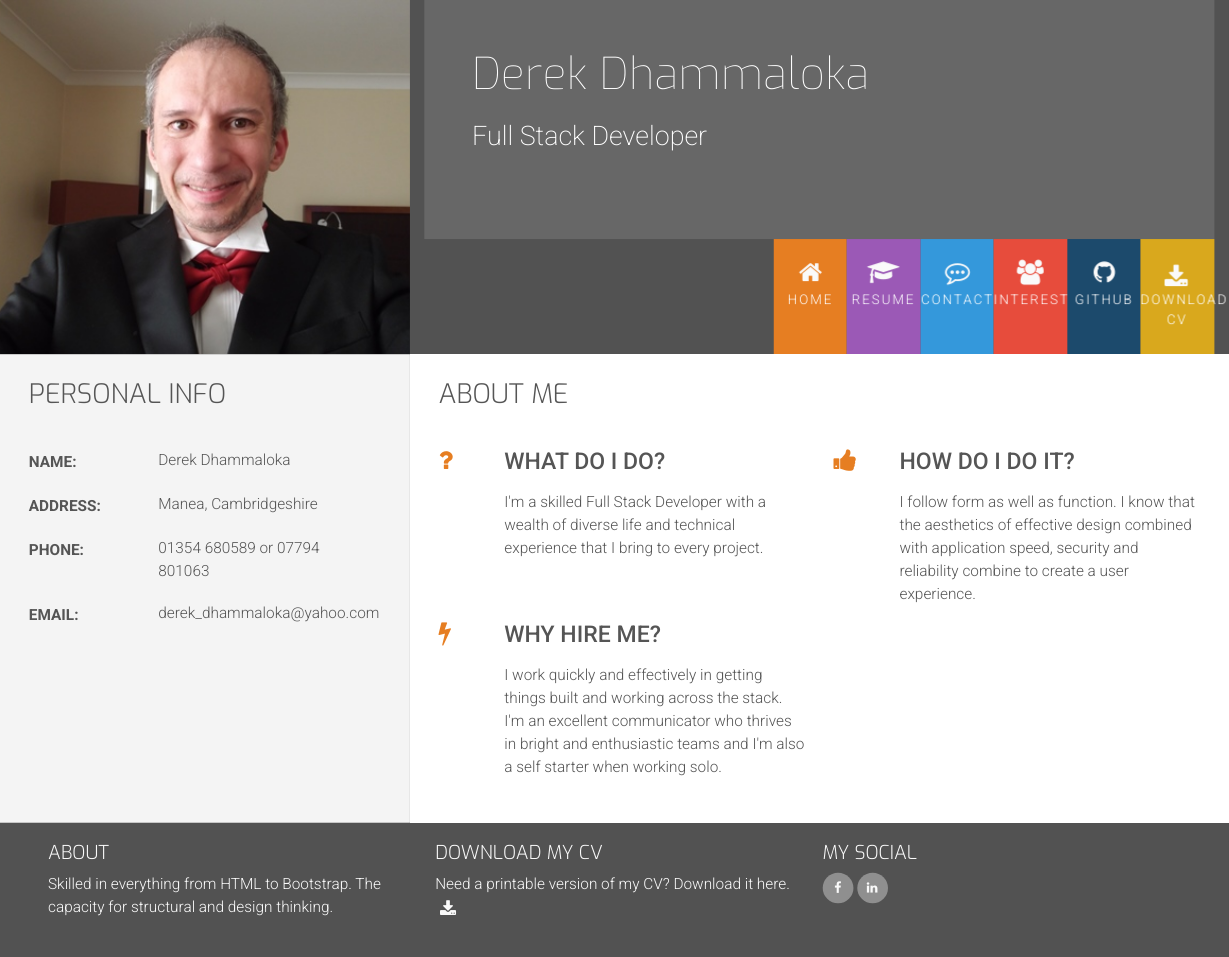
Repository: derektypist/derek-dhammaloka-cv
Page: index.html
The author's editor kept a record of every edit. The page is drawn from the files as they stood at one moment, then again after the next edit.
The browser window is 1280 px wide. The pictures show the whole page, at 96% of full size.
Some web libraries are served in a nearby version.

Above is the page before.

After the next edit:
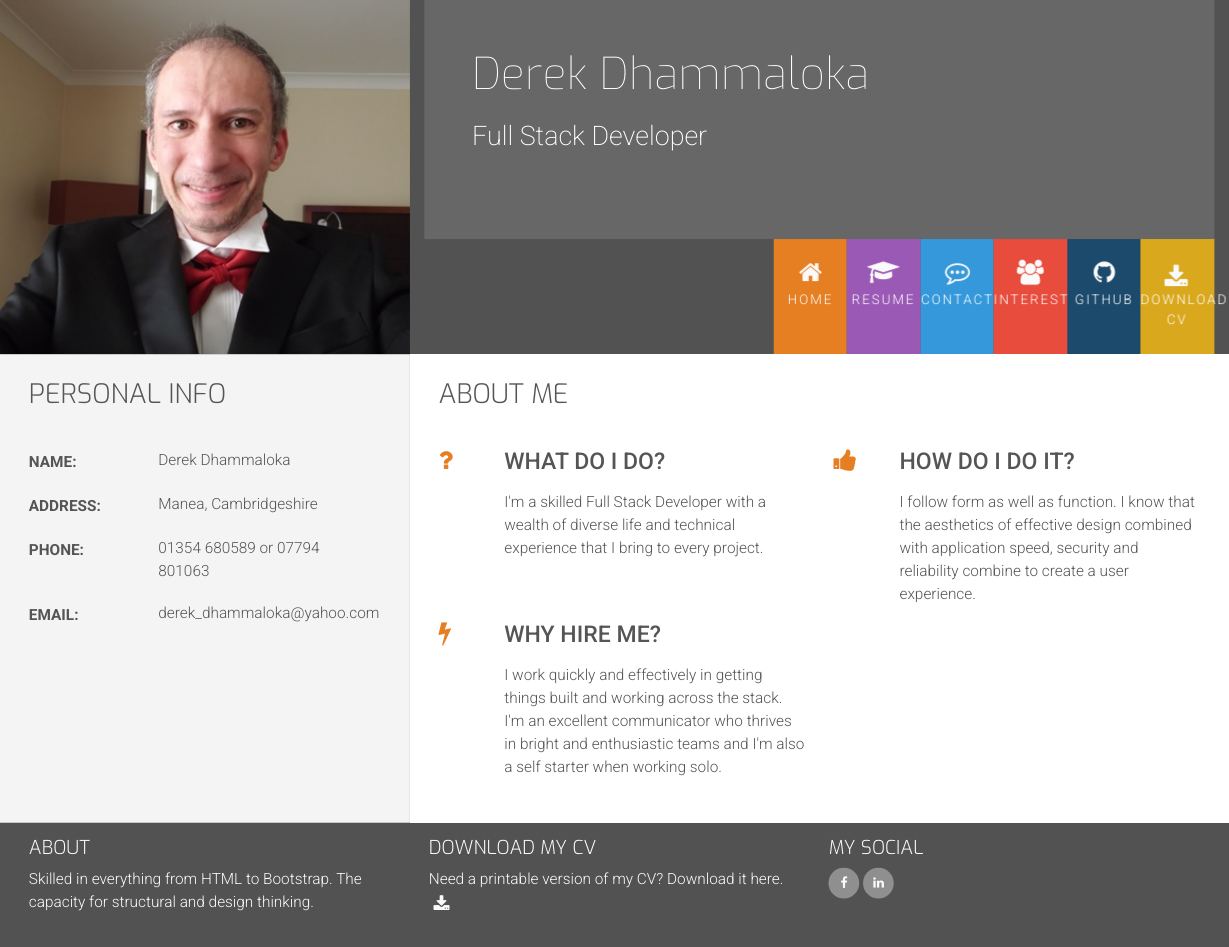
The edit:
--- a/assets/css/style.css
+++ b/assets/css/style.css
@@ -276,7 +276,7 @@
 }
 
 #footer-details {
-    margin: 20px;
+    padding: 15px;
 }
 
 /* Three Reasons */
